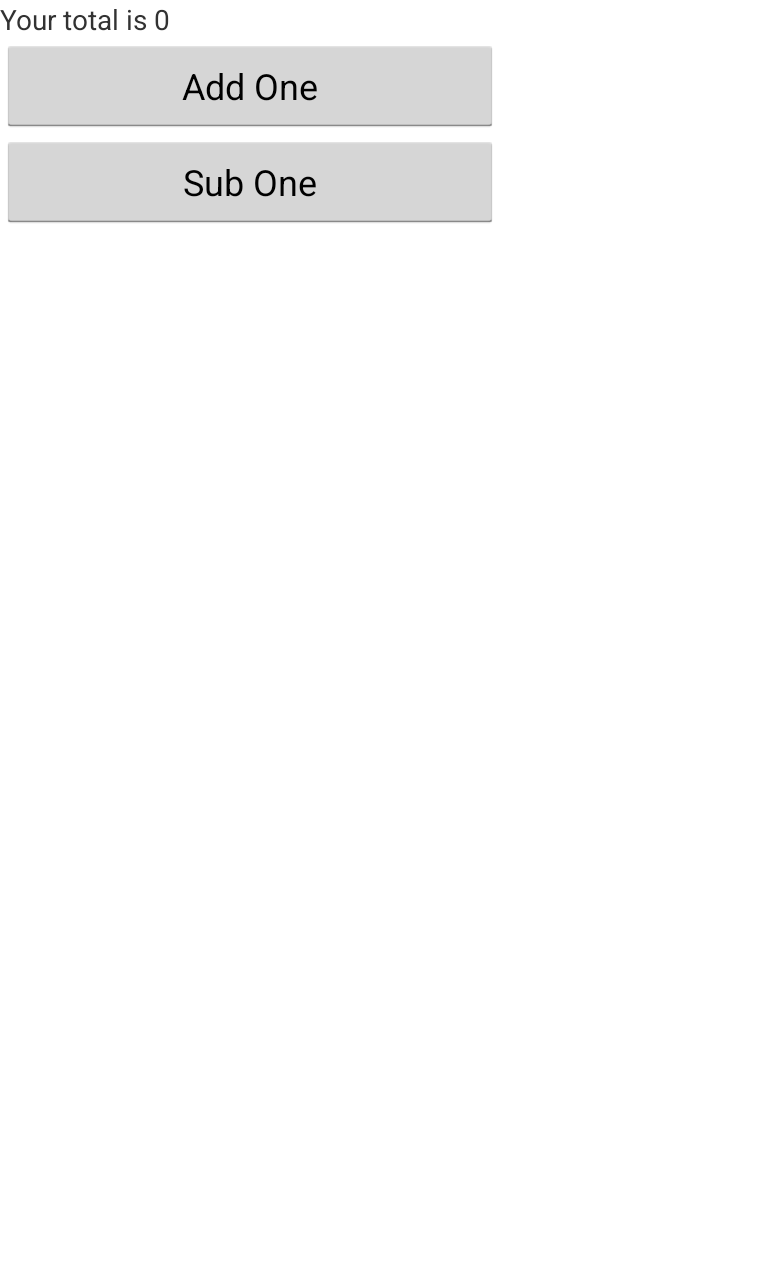
Repository: eshan22/android
Layout: projectone/res/layout/activity_start.xml
The author's editor kept a copy of each file at every save. The layout is drawn from the files as they stood at one save, then again after the next save.
It is drawn on a 768 x 1280 px phone screen (xhdpi) without system bars, with theme AppTheme; the app's code is not run.

Above is the layout before, as saved 2013-06-18 13:10:24.

### projectone/res/layout/activity_start.xml
<LinearLayout
    android:layout_width="fill_parent"
    android:layout_height="fill_parent"
  android:orientation="vertical"
    android:layout_gravity="center"
    xmlns:android="http://schemas.android.com/apk/res/android">


    <TextView
        android:layout_width="wrap_content"
        android:layout_height="wrap_content"
        android:text="Your total is 0"
        />

    <Button
        android:text="Add One"
        android:layout_width="250dp"
        android:layout_height="wrap_content"
        android:id="@+id/add"
 />
    <Button
        android:text="Sub One"
        android:layout_width="250dp"
        android:layout_height="wrap_content"
        android:id="@+id/sub"
 />



</LinearLayout>

Loaded but not shown: projectone/res/values/styles.xml (common file); projectone/res/values-v11/styles.xml (common file); projectone/res/values-v14/styles.xml (common file)

After the next save:
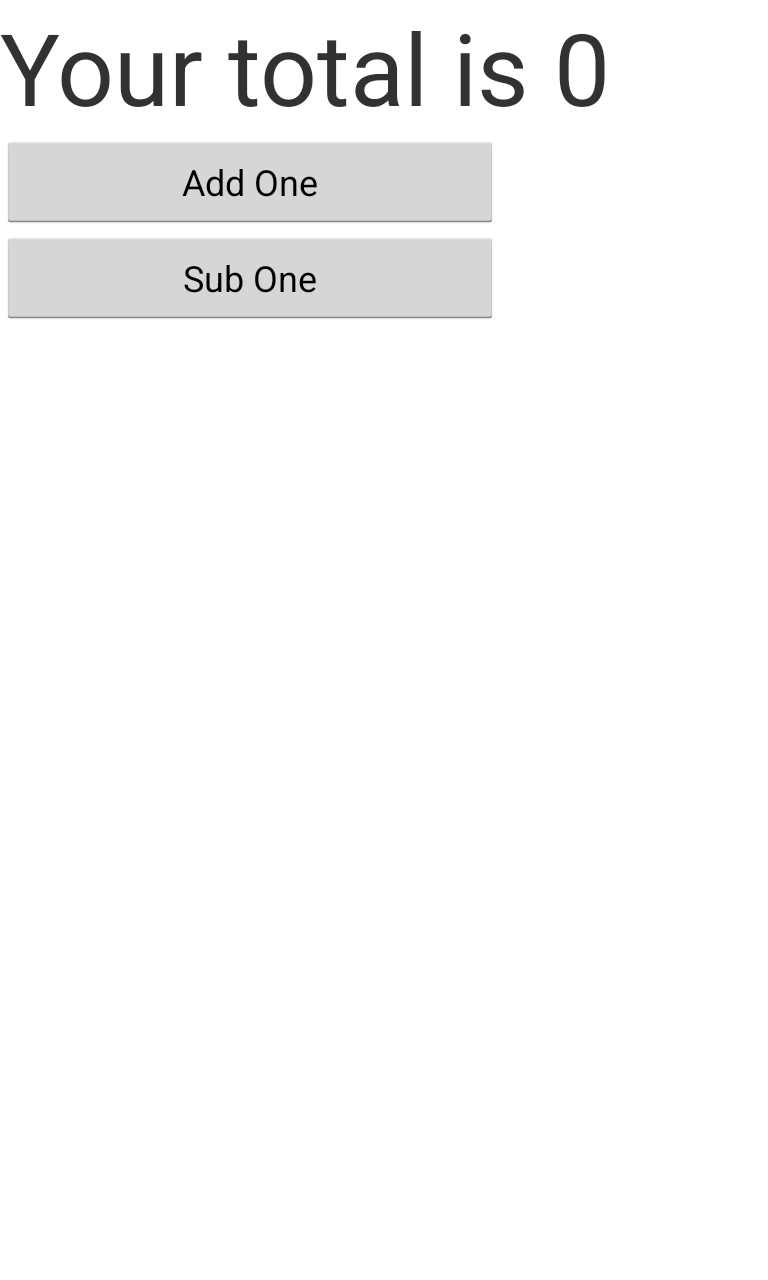
Saved 16 s later.
--- a/projectone/res/layout/activity_start.xml
+++ b/projectone/res/layout/activity_start.xml
@@ -10,6 +10,7 @@
         android:layout_width="wrap_content"
         android:layout_height="wrap_content"
         android:text="Your total is 0"
+        android:textSize="50dp"
         />
 
     <Button
